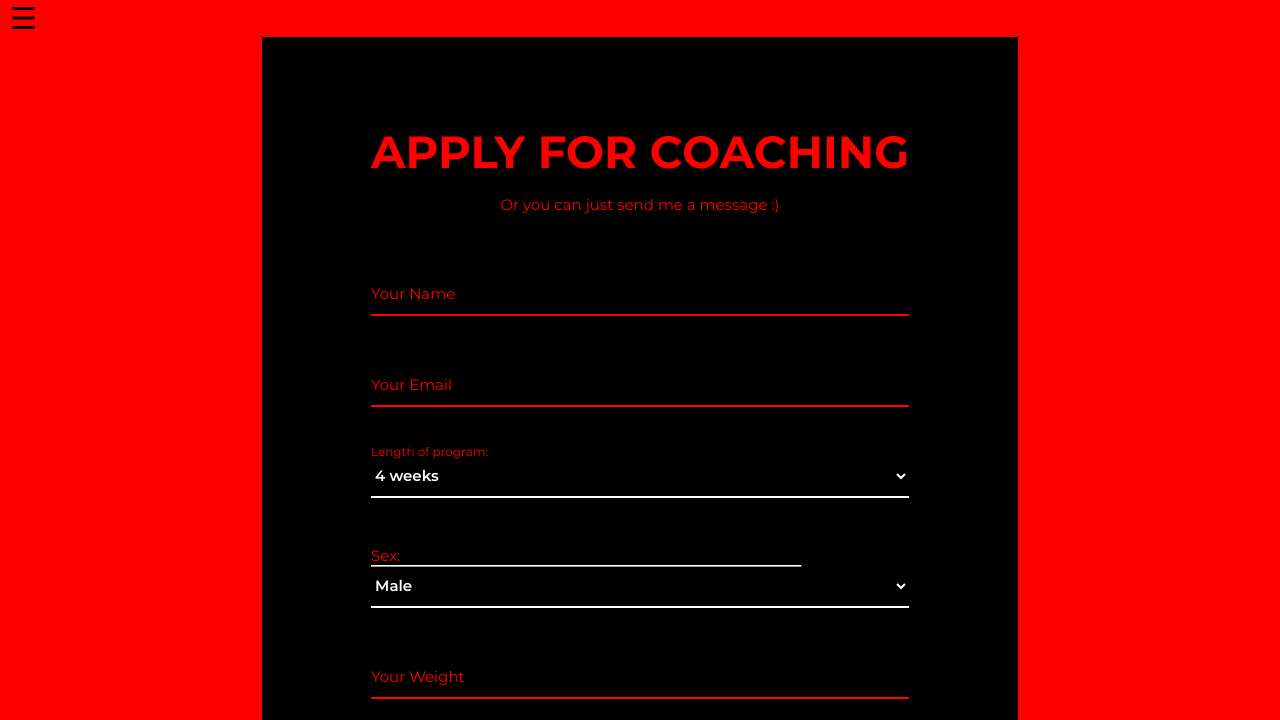
Repository: mamadont/MamadouFitnessWebsite
Page: pages-html/contact-me.html
These files come from the project's save history. The page is drawn as it stood at one moment and after the next save; the edit follows.
The browser window is 1280 px wide. The pictures show the whole page.
An inner scrolling area shows only its first screen. Some web libraries are served in a nearby version.

Above is the page before, as saved 2020-07-08 01:34:42.

### pages-html/contact-me.html
<!DOCTYPE html>
<html>

<head>
    <title>Mamadou Fitness</title>
    <link rel="stylesheet" href='../pages-css/contact.css'>
    <meta name="viewport" content="width=device-width, initial-scale=1.0">

    <!-- Animate.CSS-->
    <link rel="stylesheet" href="https://cdnjs.cloudflare.com/ajax/libs/animate.css/4.0.0/animate.min.css" />
    <!-- Font Awesome -->
    <script src="https://kit.fontawesome.com/0a51dc7bb6.js" crossorigin="anonymous"></script>

    <!-- MATERIAL DESIGN ICONIC FONT -->
    <link rel="stylesheet" href="../fonts/material-design-iconic-font/css/material-design-iconic-font.min.css">

</head>

<body>
    <!-- Parent container-->
    <div id="main" class="bg animate__animated animate__slideInLeft">
        <!-- Hamburger Icon-->
        <span class="menu-icon" onclick="openNav()">&#9776; </span>

        <!-- START: Contact form -->
        <div class="wrapper">
            <div class="inner">
                <form action="">
                    <h3>Apply for Coaching</h3>
                    <p>Or you can just send me a message :)</p>
                    <!-- Name -->
                    <label class="form-group">
						<input type="text" class="form-control"  required>
						<span>Your Name</span>
						<span class="border"></span>
                    </label>
                    <!-- Email -->
                    <label class="form-group">
						<input type="text" class="form-control"  required>
						<span for="">Your Email</span>
						<span class="border"></span>
                    </label>
                    <!-- Program length -->
                    <label class="form-group">
                        <select class="form-control" name="cars" id="cars">
                                <option value="4">4 weeks</option>
                                <option value="6">6 weeks</option>
                                <option value="8">8 weeks</option>
                                <option value="12">12 weeks</option>
                                <option value="other">Other</option>
                            </select>
                            <span for="cars">Length of program:</span>
                    <span class="border"></span>
                    </label>

                    <!-- Sex -->
                    <label class="form-group">
                        <label for="cars">Sex:</label>
                    <select class="form-control" name="cars" id="cars">
                                <option value="male">Male</option>
                                <option value="female">Female</option>
                            </select>
                    <span class="border"></span>
                    </label>

                    </label>

                    <!-- Weight -->
                    <label class="form-group">
						<input type="number" class="form-control"  required>
						<span>Your Weight</span>
						<span class="border"></span>
                    </label>
                    <!-- Fitnes goals-->
                    <label class="form-group">
						<textarea name="" id="" class="form-control" required></textarea>
						<span for="">What are your fitness goals?</span>
						<span class="border"></span>
                    </label>
                    <!-- Medical conditions-->
                    <label class="form-group">
						<textarea name="" id="" class="form-control" required></textarea>
						<span for="">Do you have any medical conditions?</span>
						<span class="border"></span>
					</label>
                    <button>Submit
						<i class="zmdi zmdi-arrow-right"></i>
					</button>
                </form>
            </div>
        </div>
        <!-- END: Contact form -->

    </div>

    <!-- Side menu-->
    <div id="myNav" class="overlay">
        <a href="javascript:void(0)" class="closebtn" onclick="closeNav()">&times;</a>
        <div class="overlay-content">
            <!-- Menu Options -->
            <a href="../index.html">Home</a>
            <a href="./about-me.html">About me</a>
            <a href="./social-media.html">Social Media</a>
            <a href="#">Workout Programs</a>
            <a href="#">Shop</a>
            <a href="./contact-me.html">Apply for Coaching</a>
        </div>
    </div>

    <!-- Javascript for this page-->
    <script src="../scripts/script.js"></script>




    <!-- Necessary script tags for Bootstrap-->
    <script src="https://code.jquery.com/jquery-3.5.1.slim.min.js" integrity="sha384-DfXdz2htPH0lsSSs5nCTpuj/zy4C+OGpamoFVy38MVBnE+IbbVYUew+OrCXaRkfj" crossorigin="anonymous"></script>
    <script src="https://cdn.jsdelivr.net/npm/popper.js@1.16.0/dist/umd/popper.min.js" integrity="sha384-Q6E9RHvbIyZFJoft+2mJbHaEWldlvI9IOYy5n3zV9zzTtmI3UksdQRVvoxMfooAo" crossorigin="anonymous"></script>
</body>

</html>

### pages-css/contact.css
/* Background Image */

body,
html {
    height: 100%;
    font-family: "Montserrat-Regular";
    color: red;
    font-size: 15px;
    margin: 0;
    overflow-x: hidden;
    background-color: red;
}

.bg {
    /* The image used */
    background-color: red;
    /* Full height */
    height: 100%;
    /* Center and scale the image nicely */
    background-position: center;
    background-repeat: no-repeat;
    background-size: cover;
    z-index: -1;
}


/* Hamburger (Menu) icon */

.menu-icon {
    font-size: 30px;
    cursor: pointer;
    padding-left: 10px;
    color: black;
    height: 300px;
    width: 300px;
}


/* Menu overlay */

.overlay {
    height: 100%;
    width: 0;
    position: fixed;
    z-index: 1;
    top: 0;
    left: 0;
    background-color: rgb(0, 0, 0);
    background-color: rgba(0, 0, 0, 0.9);
    overflow-x: hidden;
    transition: 0.5s;
}

.overlay-content {
    position: relative;
    top: 25%;
    width: 100%;
    text-align: center;
    margin-top: 30px;
}

.overlay a {
    padding: 8px;
    text-decoration: none;
    font-size: 36px;
    color: #818181;
    display: block;
    transition: 0.3s;
}

.overlay a:hover,
.overlay a:focus {
    color: red;
    text-decoration: none;
}

.overlay .closebtn {
    position: absolute;
    top: 20px;
    right: 45px;
    font-size: 60px;
}

@media screen and (max-height: 450px) {
    .overlay a {
        font-size: 20px
    }
    .overlay .closebtn {
        font-size: 40px;
        top: 15px;
        right: 35px;
    }
}


/* Contact form */

@font-face {
    font-family: "Montserrat-Regular";
    src: url("../fonts/Montserrat/Montserrat-Regular.ttf");
}

@font-face {
    font-family: "Montserrat-Bold";
    src: url("../fonts/Montserrat/Montserrat-Bold.ttf");
}

@font-face {
    font-family: "Montserrat-SemiBold";
    src: url("../fonts/Montserrat/Montserrat-SemiBold.ttf");
}

* {
    -webkit-box-sizing: border-box;
    -moz-box-sizing: border-box;
    box-sizing: border-box;
}

input,
textarea,
select,
button {
    font-family: "Montserrat-Regular";
    color: #fff;
    font-size: 15px;
}

p,
h1,
h2,
h3,
h4,
h5,
h6,
ul {
    margin: 0;
}

img {
    max-width: 100%;
}

ul {
    padding-left: 0;
    margin-bottom: 0;
}

a:hover {
    text-decoration: none;
}

 :focus {
    outline: none;
}

.wrapper {
    min-height: 100vh;
    display: flex;
    align-items: center;
    background-size: cover;
}

.inner {
    max-width: 758px;
    margin: auto;
    background: black;
    border: 10px solid black;
    padding: 77px 99px 87px;
    /* box-shadow: 0px 0px 10px 0px rgba(0, 0, 0, 0.2);
    -webkit-box-shadow: 0px 0px 10px 0px rgba(0, 0, 0, 0.2);
    -moz-box-shadow: 0px 0px 10px 0px rgba(0, 0, 0, 0.2);
    -ms-box-shadow: 0px 0px 10px 0px rgba(0, 0, 0, 0.2);
    -o-box-shadow: 0px 0px 10px 0px rgba(0, 0, 0, 0.2); */
}

textarea {
    resize: none;
}

h3 {
    text-transform: uppercase;
    font-size: 45px;
    font-family: "Montserrat-Bold";
    text-align: center;
    margin-bottom: 12px;
}

p {
    text-align: center;
    padding: 0 10px;
    margin-bottom: 55px;
    line-height: 1.8;
}

.form-group {
    position: relative;
    display: block;
    margin-bottom: 48px;
}

.form-group span {
    font-size: 15px;
    color: red;
    position: absolute;
    top: 11px;
    transition: all .2s ease;
    transform-origin: 0 0;
    cursor: text;
}

.form-group span.border {
    height: 2px;
    display: block;
    position: absolute;
    width: 100%;
    left: 0;
    top: 41px;
    transform: scaleX(0);
    transition: all .15s ease;
    background: #fff;
}

.form-control {
    border: none;
    border-bottom: 2px solid red;
    display: block;
    width: 100%;
    height: 43px;
    font-size: 15px;
    background: none;
    font-family: "Montserrat-SemiBold";
}

.form-control:focus,
.form-control:valid {
    border-bottom: 2px solid #fff;
}

.form-control:focus+span,
.form-control:valid+span {
    transform: translateY(-22px) scale(0.8);
}

.form-control:focus+span+.border,
.form-control:valid+span+.border {
    transform: scaleX(1);
}

textarea.form-control {
    padding-top: 10px;
    padding-bottom: 10px;
}

button {
    border: none;
    width: 162px;
    height: 51px;
    border: 2px solid #fff;
    margin: auto;
    margin-top: 60px;
    cursor: pointer;
    display: flex;
    align-items: center;
    justify-content: center;
    padding: 0;
    background: none;
    color: #fff;
    text-transform: uppercase;
    font-family: "Montserrat-SemiBold";
    -webkit-transform: perspective(1px) translateZ(0);
    transform: perspective(1px) translateZ(0);
    position: relative;
    -webkit-transition-property: color;
    transition-property: color;
    -webkit-transition-duration: 0.3s;
    transition-duration: 0.3s;
}

button i {
    margin-left: 10px;
    -webkit-transform: translateZ(0);
    transform: translateZ(0);
    -webkit-transition-duration: 0.1s;
    transition-duration: 0.1s;
    -webkit-transition-property: transform;
    transition-property: transform;
    -webkit-transition-timing-function: ease-out;
    transition-timing-function: ease-out;
}

button:before {
    content: "";
    position: absolute;
    z-index: -1;
    top: 0;
    left: 0;
    right: 0;
    bottom: 0;
    background: red;
    -webkit-transform: scaleX(0);
    transform: scaleX(0);
    -webkit-transform-origin: 0 50%;
    transform-origin: 0 50%;
    -webkit-transition-property: transform;
    transition-property: transform;
    -webkit-transition-duration: 0.3s;
    transition-duration: 0.3s;
    -webkit-transition-timing-function: ease-out;
    transition-timing-function: ease-out;
}

button:hover {
    border-color: transparent;
}

button:hover:before {
    -webkit-transform: scaleX(1);
    transform: scaleX(1);
}

button:hover i {
    -webkit-transform: translateX(4px);
    transform: translateX(4px);
}

@media (max-width: 767px) {
    h3 {
        font-size: 38px;
    }
    p {
        font-size: 14px;
        padding: 0;
    }
    .inner {
        padding: 27px 20px 37px;
        border: none;
        box-shadow: none;
        -webkit-box-shadow: none;
        -moz-box-shadow: none;
        -ms-box-shadow: none;
        -o-box-shadow: none;
    }
    .wrapper {
        background: black;
        border: 10px solid red;
    }
}


/*# sourceMappingURL=style.css.map */

### scripts/script.js
function openNav() {
    // Changes width based on the width of the viewport (30% for larger screens, 100% for smaller screens)
    if (window.innerWidth < 1280) {
        document.getElementById("myNav").style.width = "100%";
    } else {
        document.getElementById("myNav").style.width = "30%";
    }

    document.getElementById("main").style.opacity = 0.5;



}

function closeNav() {
    document.getElementById("myNav").style.width = "0%";
    document.getElementById("main").style.opacity = 1.0
}

Loaded but not shown: fonts/material-design-iconic-font/css/material-design-iconic-font.min.css (library)

After the next save:
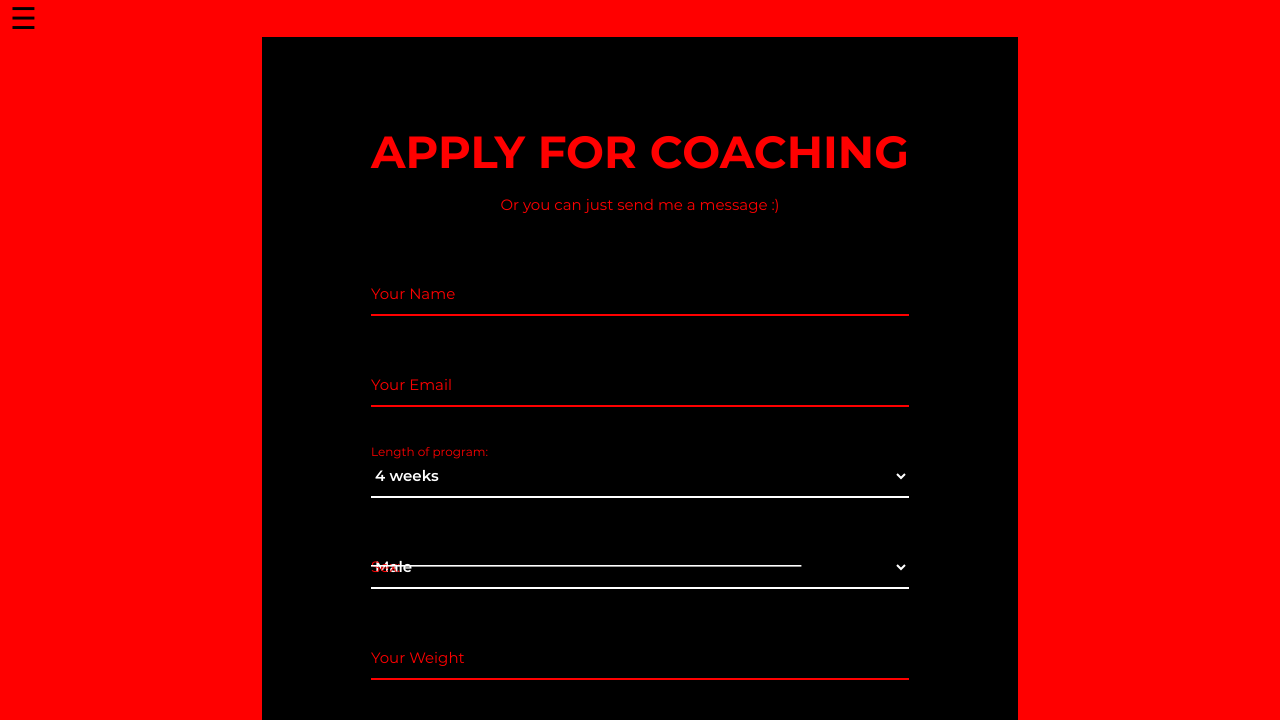
Saved 19 s later.
--- a/pages-html/contact-me.html
+++ b/pages-html/contact-me.html
@@ -55,8 +55,8 @@
 
                     <!-- Sex -->
                     <label class="form-group">
-                        <label for="cars">Sex:</label>
-                    <select class="form-control" name="cars" id="cars">
+                        <span for="cars">Sex:</span>
+                        <select class="form-control" name="cars" id="cars">
                                 <option value="male">Male</option>
                                 <option value="female">Female</option>
                             </select>
